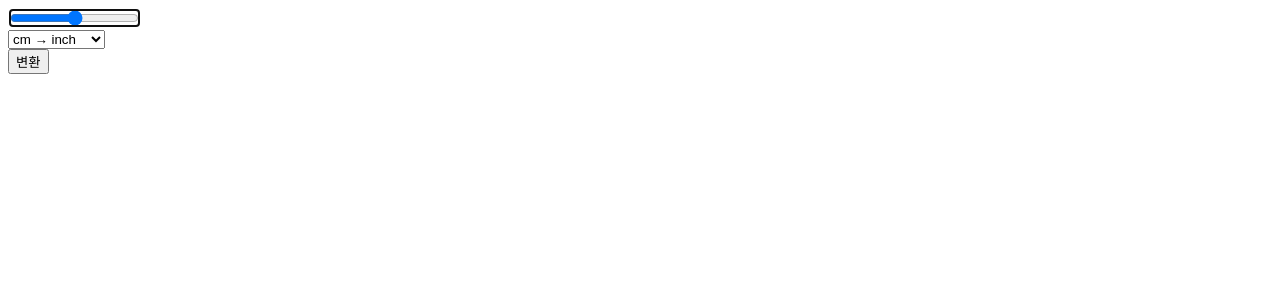
Repository: JooGit12/JavaJSP
Page: May08_3_MVCPattern/May18_2_JSP/src/main/webapp/ucInput.html
The author's editor kept a copy of each file at every save. The page is drawn from the files as they stood at one save, then again after the next save.
The browser window is 1280 px wide. The pictures show the whole page.

Above is the page before, as saved 2023-05-18 07:56:37.

After the next save:
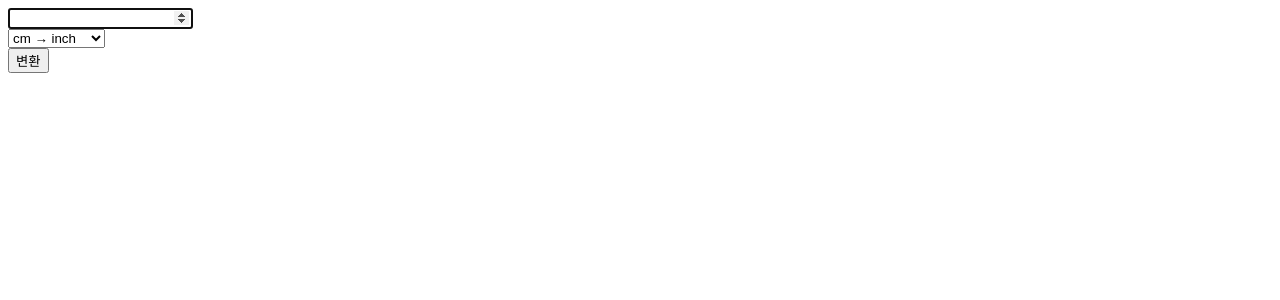
Saved 20 s later.
--- a/May08_3_MVCPattern/May18_2_JSP/src/main/webapp/ucInput.html
+++ b/May08_3_MVCPattern/May18_2_JSP/src/main/webapp/ucInput.html
@@ -8,7 +8,7 @@
 </head>
 <body>
 	<form action="ucOutput.jsp" name="ucForm" onsubmit="return check();">
-		<input name="no" type="range" autofocus="autofocus"><br>
+		<input name="no" type="number" autofocus="autofocus"><br>
 		<select name="what">
 			<option value="len">cm → inch</option>
 			<option value="size">㎡ → 평</option>
